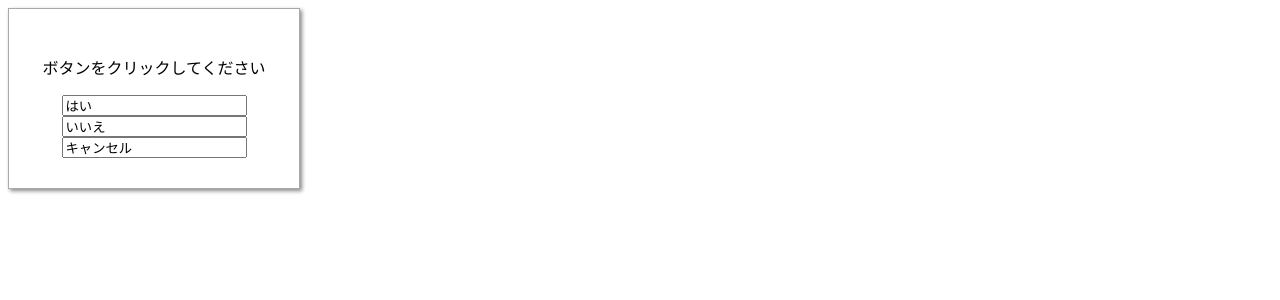
Repository: picalin/samurai_typing-game
Page: JavaScript_tutorial/DialogBox.html
The author's editor kept a record of every edit. The page is drawn from the files as they stood at one moment, then again after the next edit.
The browser window is 1280 px wide. The pictures show the whole page.

Above is the page before.

After the next edit:
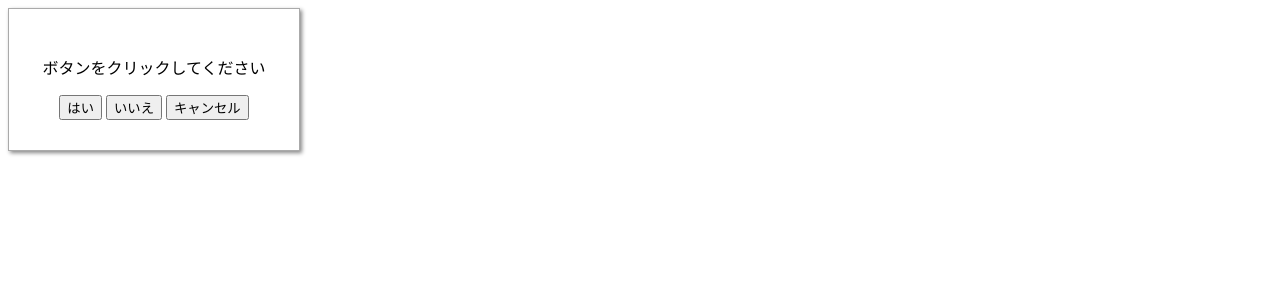
The edit:
--- a/JavaScript_tutorial/DialogBox.html
+++ b/JavaScript_tutorial/DialogBox.html
@@ -16,9 +16,9 @@
     <body>
       <form id="dialog" name="dialog">
         <p>ボタンをクリックしてください</p>
-        <input type="buttom" name="yes" value="はい" />
-        <input type="buttom" name="no" value="いいえ" />
-        <input type="buttom" name="cancel" value="キャンセル" />
+        <input type="button" name="yes" value="はい" />
+        <input type="button" name="no" value="いいえ" />
+        <input type="button" name="cancel" value="キャンセル" />
       </form>
 
       <script>
